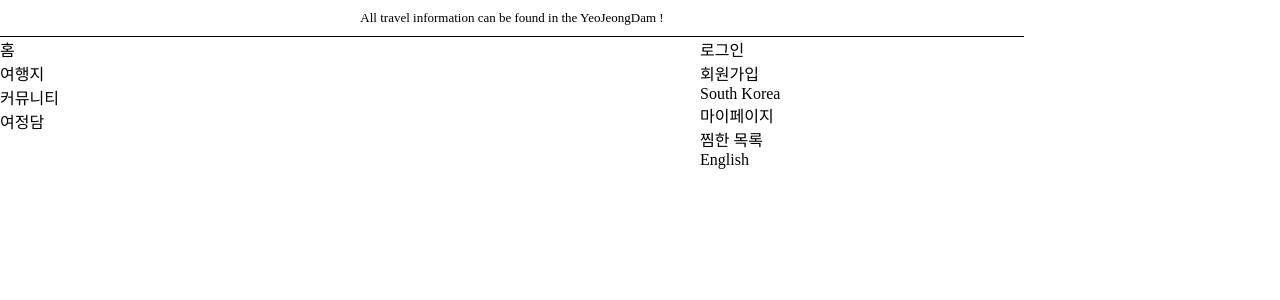
Repository: gaeunlee95/semi
Page: http://localhost/semi/main.jsp
The author's editor kept a copy of each file at every save. The page is drawn from the files as they stood at one save, then again after the next save.
The browser window is 1280 px wide. The pictures show the whole page.
The page is served by Tomcat 9.

Above is the page before, as saved 2023-12-06 08:34:21.

### semi/src/main/webapp/main.jsp
<%@ page language="java" contentType="text/html; charset=UTF-8"
    pageEncoding="UTF-8"%>
<!DOCTYPE html>
<html>
<head>
<meta charset="UTF-8">
<title>메인 페이지</title>
<link rel="stylesheet" href="resources/css/style.css">
<style>
/* *{
	color: blue;
} */
</style>
</head>
<body>
	<jsp:include page="header.jsp" />
</body>
</html>

### semi/src/main/webapp/header.jsp
<%@ page language="java" contentType="text/html; charset=UTF-8"
    pageEncoding="UTF-8"%>
<%@ taglib uri="http://java.sun.com/jsp/jstl/core" prefix="c" %>
<header>
	<div id="welcome">
		<p>All travel information can be found in the YeoJeongDam !</p>
	</div>
	<div id="menu">
		<div id="mainMenu">
			<nav>
				<ul id="main_nav1">
					<li>홈</li>
					<li>여행지</li>
					<li>커뮤니티</li>
					<li>여정담</li>
				</ul>
			</nav>
		</div>
		<div id="sideMenu">
			<nav>
				<ul id="main_nav2">
					<li>로그인</li>
					<li>회원가입</li>
					<li>South Korea</li>
					<li>마이페이지</li>
					<li>찜한 목록</li>
					<li>English</li> <!-- 스크롤로 언어(영어/한국) 선택 -->
				</ul>
			</nav>
		</div>
	</div>





  <%-- <nav>
  <c:choose>
    <c:when test="${empty sessionId}">
	    <ul id="topMenu">
	  	  <li><a href="/loginform.do">로그인</a></li>
	  	  <li><a href="/joinform.do">회원가입</a></li>
	  	  <li><a href="/boardlist.do">게시판</a></li>
	  	  <li><a href="/memberlist.do">회원목록</a></li>
	  	</ul>
    </c:when>
    <c:otherwise>
    	<ul id="topMenu">
	  	  <li><a href="/logout.do">(${sessionId}님)로그아웃</a></li>
	  	  <li><a href="/memberview.do?id=${sessionId}">나의 정보</a></li>
	  	  <li><a href="/boardlist.do">게시판</a></li>
	  	  <li><a href="/memberlist.do">회원 목록</a></li>
	  	</ul>
    </c:otherwise>
   </c:choose>
  </nav> --%>
</header>

### semi/src/main/webapp/resources/css/style.css
@charset "UTF-8";
/* 공통 스타일 */
*{margin: 0; padding: 0;}
#container{width: 1024px; margin: 30px auto 100px;}
ul li{list-style: none;}
a{text-decoration: none;}
/* header 스타일 */
header{
	margin: 0 auto;
}
header #welcome{
	width : 1024px;
	text-align: center;
	border-bottom: 1px solid black;
}
header #welcome p{
	padding: 10px 0;
	font-size: 13px;
}
header nav{
	height: 80px;
	float:left;
}
header nav #main_nav1{
	width: 700px;
};
header nav #main_nav2{
	width: 324px;
}


/*
 header 스타일
header{height: 80px; background: #0077cc;}
header #logo{width: 250px; float: left; line-height: 80px;}
#logo h1 a{color: greenyellow; padding-left: 24px; font-style: italic;}
#logo h1 a:hover{color: #eee;}
header nav{width: 900px; float: right;}
#topMenu{line-height: 80px; padding-left: 150px;}
#topMenu li{float: left; margin: 0 20px;}
#topMenu li a{color: #eee; padding: 0 20px;}
#topMenu li a:hover{color: #444;}

 main 스타일
#main{width: 1000px; height: 600px; margin: 40px auto;}
#main h1{color: blue; font-style: italic; padding: 20px 60px;}
#main .main_img{margin: 16px 30px; float: left;}
#main .main_img img{border-radius: 5px;}
#main .newboard{margin: 20px;}
#main .newboard h3{margin: 20px;}
#main .newboard p{line-height: 2.5;}


 footer 스타일
footer{height: 80px; border-top: 2px solid #222; clear: both;}
#bottomMenu{margin: 10px 20px;}
#bottomMenu li{float: left; margin: 10px 0; padding: 0 10px;
	border-right: 1.5px solid #ccc;}
#bottomMenu li a{color: #444;}
#bottomMenu li:last-child{border: none;}

 회원 목록 스타일
#memberlist{width: 700px; margin: 20px auto;}
#memberlist .logout{text-align: right;}
#memberlist table{width: 700px; margin: 20px auto;}
#memberlist table, th, td{border: 1px solid #ccc;
  border-collapse: collapse; text-align: center;}
table th, td{padding: 10px;}
table thead{background: #eee;}
*/
/* 회원 가입 스타일 */
#join{width: 500px; margin: 20px auto;}
#join form{margin: 20px auto;}
form ul li{margin: 20px;}
form .button{margin-top: 16px;}
form .button button{padding: 5px;}
form label{width: 120px; float: left; padding-left: 20px;}
form input{padding: 5px;}

/* 회원 정보 스타일 */
#memberview{width: 460px; margin: 20px auto;}
#memberview table{width: 460px; margin: 20px auto;}
#memberview table, th, td{border: 1px solid #ccc;
  border-collapse: collapse; text-align: center;}
table th, td{padding: 10px;}
#memberview button{padding: 5px;}
/*
 login 스타일
#login {width: 400px; margin: 30px auto 100px;}
#login form{margin: 30px auto;}
#login form ul li{margin: 30px;}
#login .error{color: #e00; margin-top: 16px; font-size: 0.9em}
#login button{width: 100%; padding: 10px 0;}

 게시글 목록 스타일
#boardlist{width: 700px; margin: 20px auto;}
#boardlist table{width: 700px; margin: 20px auto;}
#boardlist table, th, td{border: 1px solid #ccc;
  border-collapse: collapse; text-align: center;}
table th, td{padding: 10px;}
table thead{background: #eee;}
#boardlist button{padding: 10px;}

 글쓰기 스타일
#writeform{width: 550px; margin: 20px auto;}
#writeform table{width: 550px; margin: 20px auto;}
#writeform table, th, td{border: 1px solid #ccc;
  border-collapse: collapse; text-align: center;}
table th, td{padding: 10px;}
table thead{background: #eee;}
#writeform input{width: 540px; height: 25px; padding: 5px;}
#writeform textarea{width: 540px; height: 300px; padding: 5px;}
#writeform button{padding: 5px;}

 글 상세보기 스타일
#board_view{width: 550px; margin: 20px auto;}
#board_view table{width: 550px; margin: 20px auto;}
#board_view table, th, td{border: 1px solid #ccc;
  border-collapse: collapse; text-align: center;}
table th, td{padding: 10px;}
table thead{background: #eee;}
#board_view input{width: 540px; height: 25px; padding: 5px;}
#board_view textarea{width: 540px; height: 300px; padding: 5px;}
#board_view button{padding: 5px;}

 댓글 영역 스타일
#board_view h3{
	margin-bottom: 12px;
	color: #444;
}
#board_view .reply{
	border-top: 1px dotted #ccc;
}
#board_view .reply p{
	margin: 10px 0;
	font-size: 0.9em;
	color: #444;
}

 댓글 내용 - 줄바꿈하기 : white-space:pre-line
#board_view .reply p:nth-of-type(1){
	white-space: pre-line; white-space (enter)하면 줄바꿈;
	line-height: 1.5;
}
#replyform textarea{
	height: 100px;
}
#replyform button{
	margin-top: 6px;
}
.replylogin{
	background-color: #eee;
	margin: 10px 0;
	padding: 16px;
	text-align: center;
	border-radius: 5px;
}
.replylogin a{
	color:blue;
}
.replylogin a:hover{
	text-decoration: underline;
}*/

After the next save:
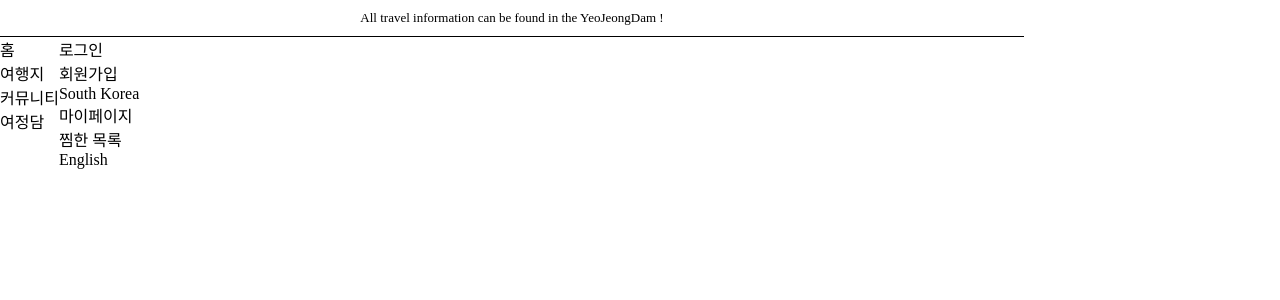
Saved 14 s later.
--- a/semi/src/main/webapp/header.jsp
+++ b/semi/src/main/webapp/header.jsp
@@ -8,7 +8,7 @@
 	<div id="menu">
 		<div id="mainMenu">
 			<nav>
-				<ul id="main_nav1">
+				<ul id="">
 					<li>홈</li>
 					<li>여행지</li>
 					<li>커뮤니티</li>
@@ -18,7 +18,7 @@
 		</div>
 		<div id="sideMenu">
 			<nav>
-				<ul id="main_nav2">
+				<ul id="">
 					<li>로그인</li>
 					<li>회원가입</li>
 					<li>South Korea</li>
